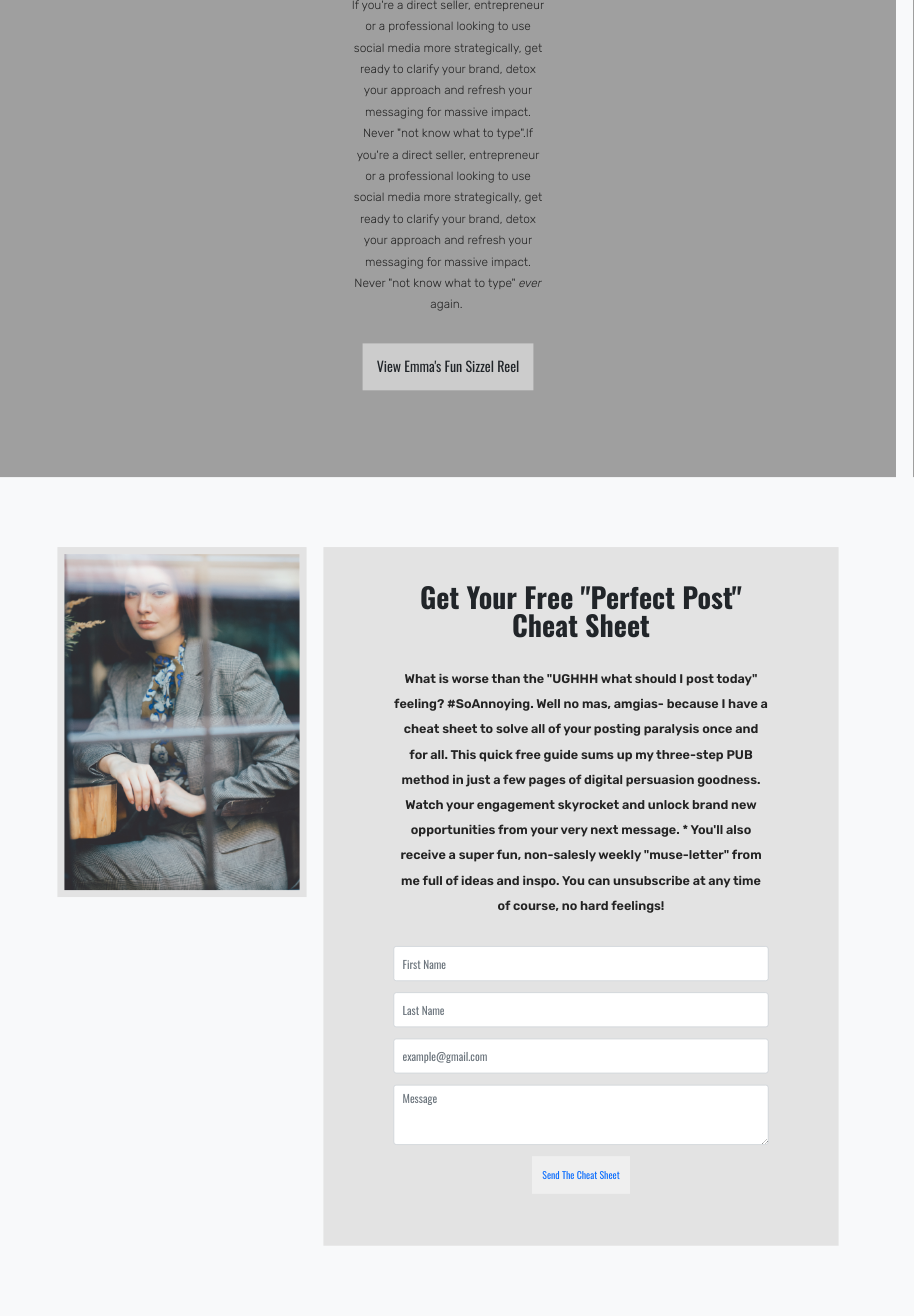
Repository: poroshrahman40/emma-watson-portfolio
Page: index.html
The author's editor kept a copy of each file at every save. The page is drawn from the files as they stood at one save, then again after a run of saves.
The browser window is 1280 px wide. The page is 1305 px wide, so the pictures cover 1305 px, including what lies to the right of the window. The pictures show the part of the page from y = 3711 to 5591 px (the page is 5591 px tall), at 70% of full size.
Some web fonts or font styles are not loaded; a fallback is used.

Above is the page before, as saved 2021-12-06 18:37:05.

After the next 5 saves:
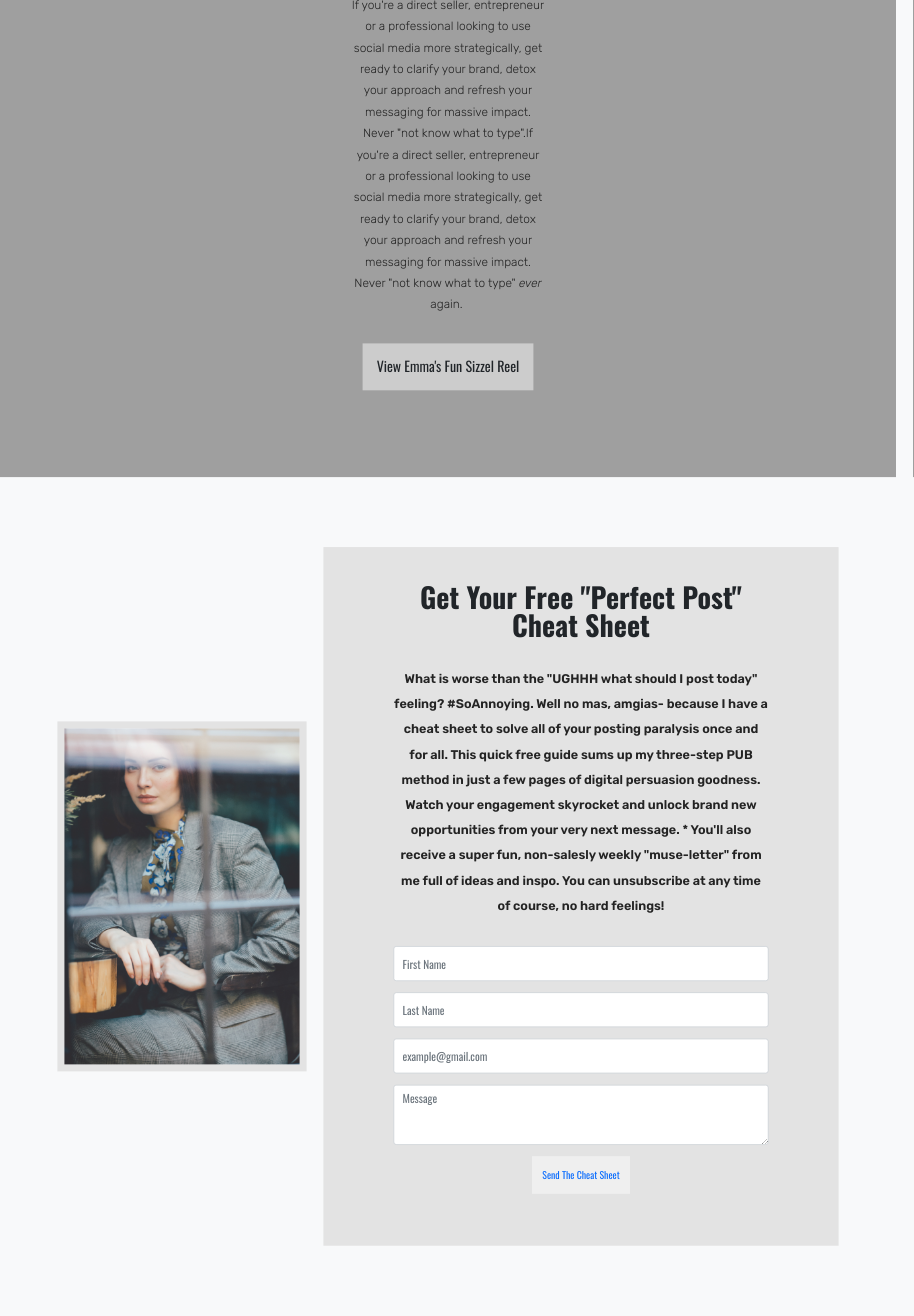
The 5 saves are shown as one change because they came seconds apart.
The last was saved 14 s later.
--- a/index.html
+++ b/index.html
@@ -241,7 +241,7 @@
 <section id="ew-get-cheat-sheet">
     <div class="container">
         <div class="row">
-            <div class="col-lg-4 ">
+            <div class="col-lg-4 d-flex align-items-center justy">
                 <div class="ew-cheat-sheet-image">
                     <img src="assets/image/cheet-seet-side-image.png" alt="image-not-found">
                 </div>
